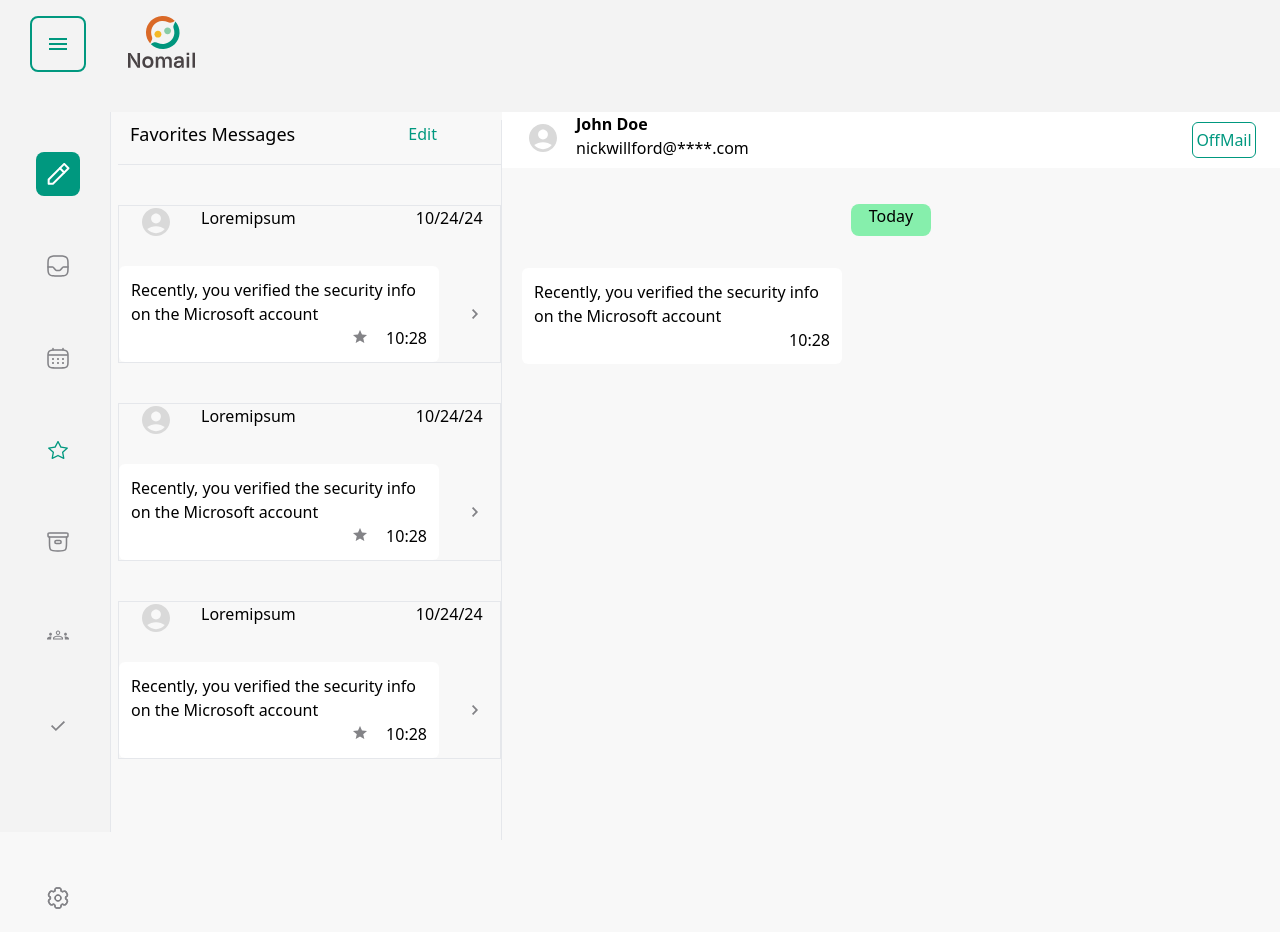
Repository: Tofigkh1/Nomail-Project
Page: /favorites (app in client/)
These files come from the project's save history. The page is drawn as it stood at one moment and after a run of saves; the edit follows.
The browser window is 1280 px wide. The pictures show the whole page.
The project was rebuilt for these pictures with package versions that can differ from the ones it lists, and the page was loaded fresh each time. The framework's server and built-in components were replaced by stand-ins that run in the browser. Also part of the build but not shown: client/next.config.mjs, client/components/shared/svg/FavoritesSvg.jsx, client/components/shared/svg/calendarActiveSvg.jsx, client/components/shared/client/CheckBox/index.tsx.

Above is the page before, as saved 2024-11-24 16:38:48.

After the next 2 saves:
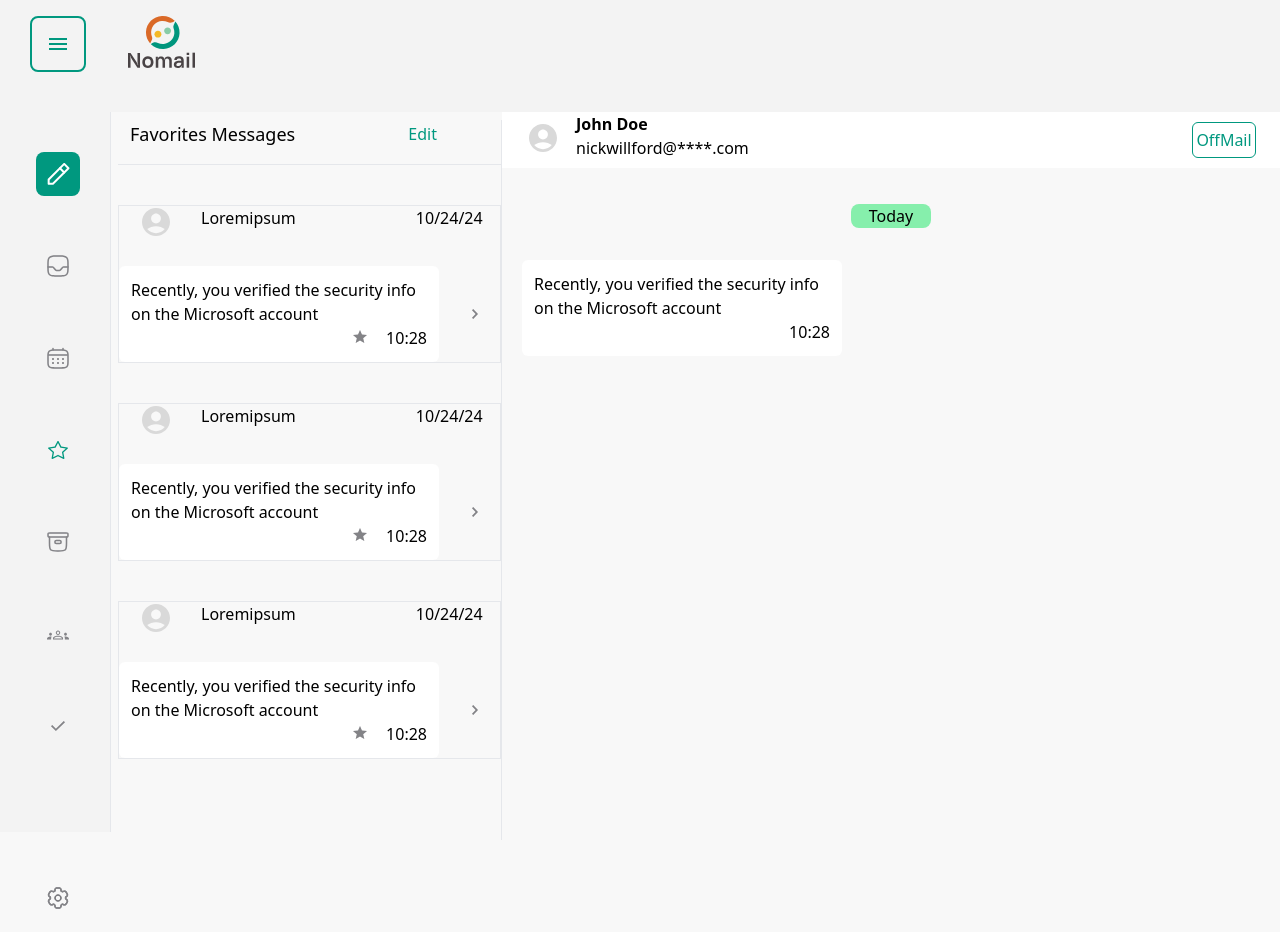
The 2 saves are shown as one change because they came seconds apart.
The last was saved 5 s later.
--- a/client/components/shared/client/messagesView/index.tsx
+++ b/client/components/shared/client/messagesView/index.tsx
@@ -44,7 +44,7 @@ export default function MessagesView() {
 
 
         <div className=" flex justify-center mt-9">
-            <h1 className=" w-20 h-8 bg-green-300 rounded-lg flex justify-center">Today</h1>
+            <h1 className=" w-20 h-6 bg-green-300 rounded-lg flex justify-center">Today</h1>
         </div>
 
 
